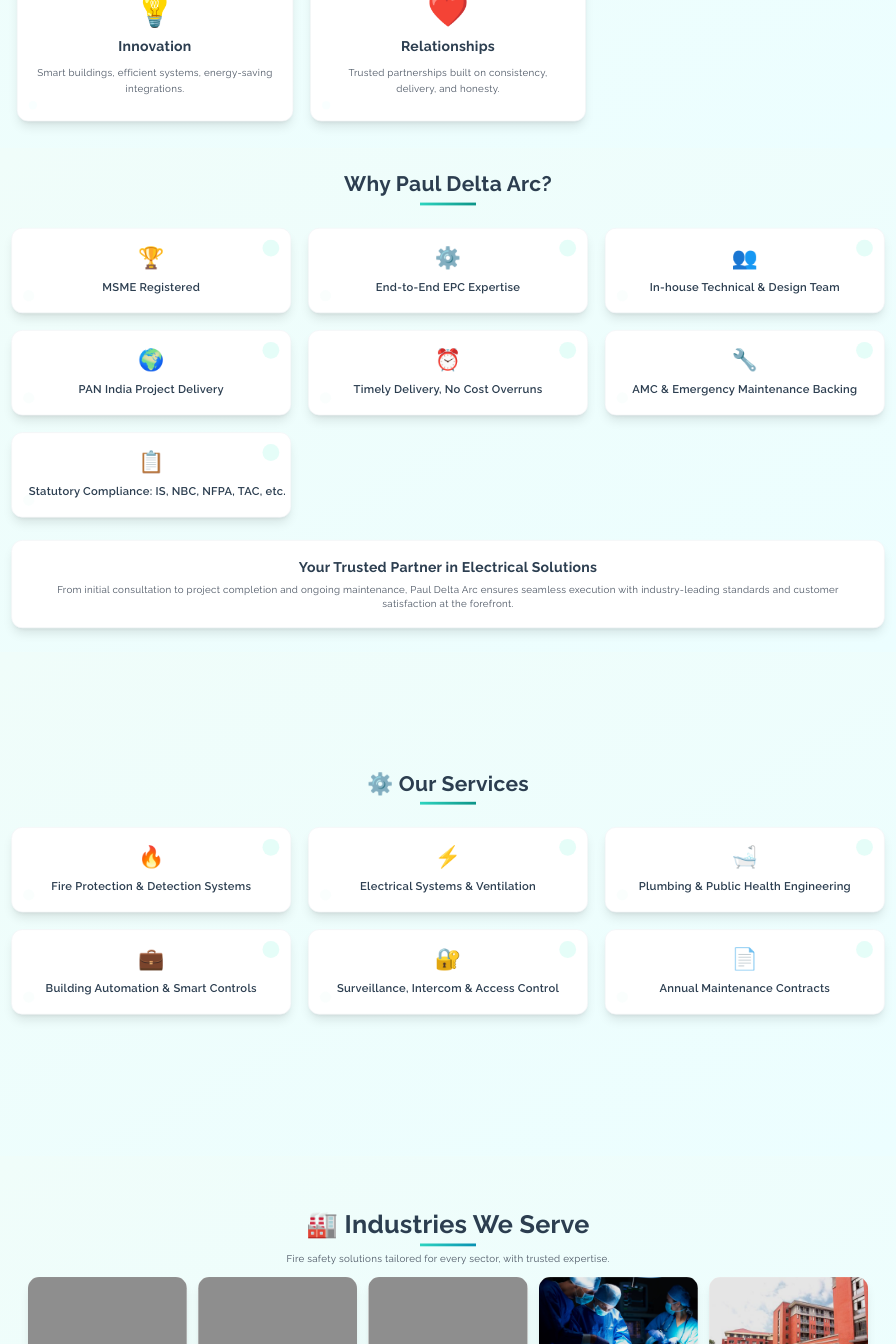
Repository: AnupriyaBiswas/PaulDeltaArc
Page: /
An editor plug-in stored every save of this project. The page is shown before and after the next save, followed by the edit.
The browser window is 1280 px wide. The pictures show the part of the page from y = 2668 to 4588 px (the page is 6666 px tall before and 6686 px after), at 70% of full size.
Pictures or frames that could not be fetched are drawn as grey boxes. The project was rebuilt for these pictures with package versions that can differ from the ones it lists, and the page was loaded fresh each time. The framework's server and built-in components were replaced by stand-ins that run in the browser. Also part of the build but not shown: next.config.js.

Above is the page before, as saved 2025-07-10 19:34:18.

After the next save:
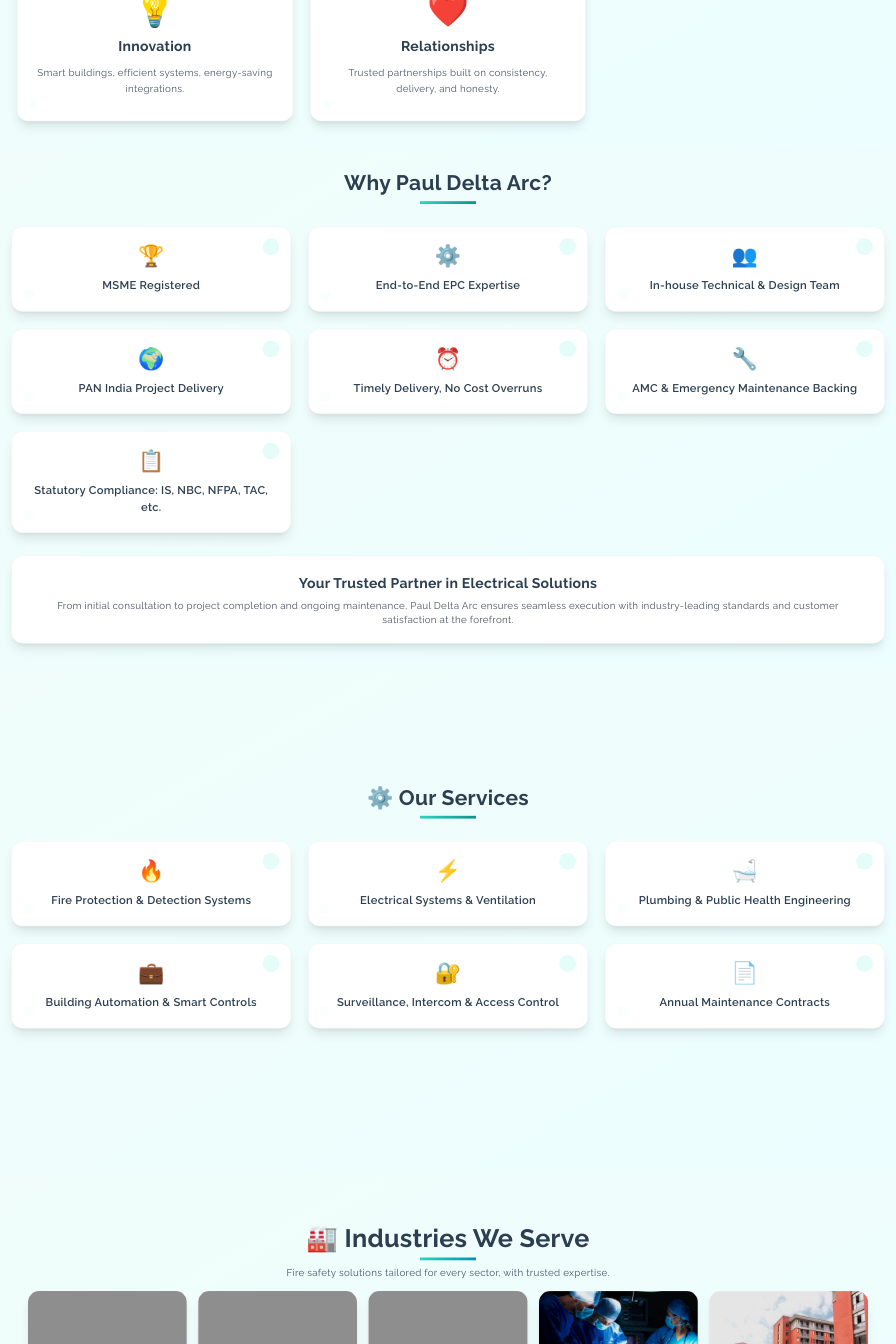
Saved 115 s later.
--- a/components/WhyPaulDeltaArc.jsx
+++ b/components/WhyPaulDeltaArc.jsx
@@ -43,7 +43,7 @@
                 <div className='text-3xl mb-3 group-hover:scale-110 transition-transform duration-300'>
                   {feature.icon}
                 </div>
-                <h3 className='text-base font-semibold text-[#2c3e50] group-hover:text-white transition-colors duration-300 whitespace-nowrap'>
+                <h3 className='text-base font-semibold text-[#2c3e50] group-hover:text-white transition-colors duration-300'>
                   {feature.title}
                 </h3>
               </div>
